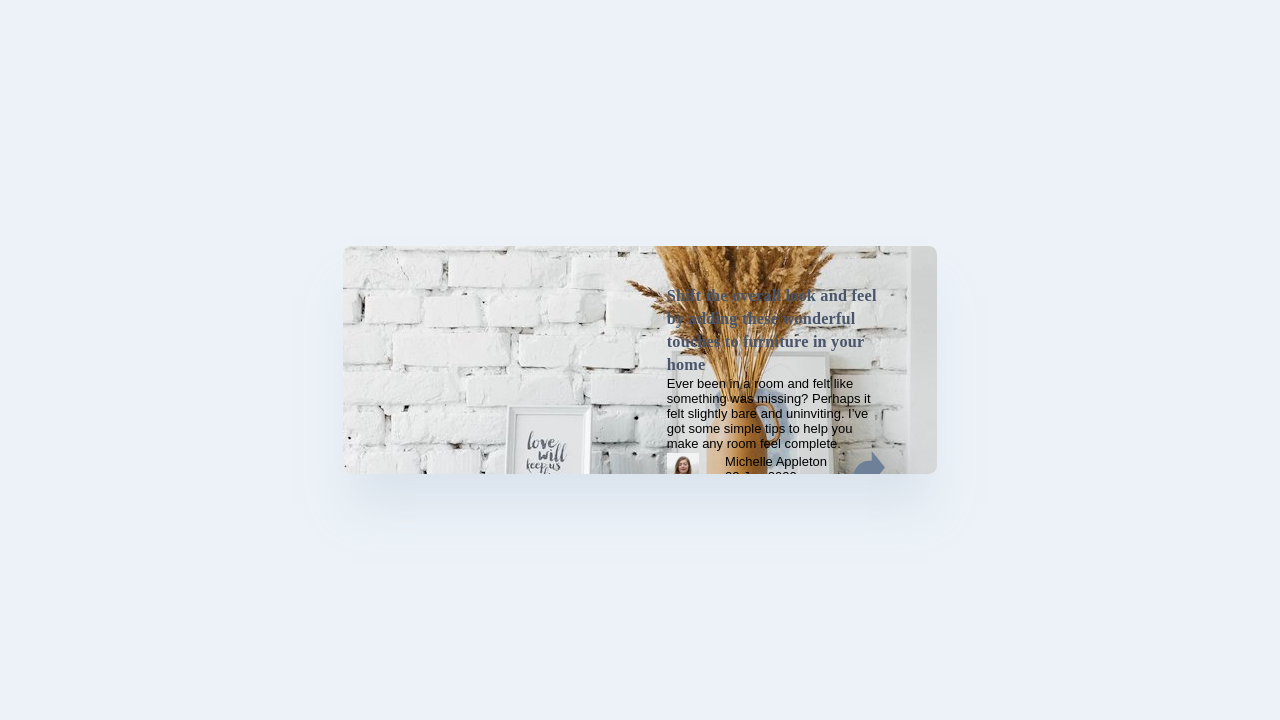
Repository: brandontaylor1/article-preview-component
Page: index.html
The author's editor kept a copy of each file at every save. The page is drawn from the files as they stood at one save, then again after the next save.
The browser window is 1280 px wide. The pictures show the whole page.

Above is the page before, as saved 2025-01-13 21:49:34.

### index.html
<!DOCTYPE html>
<html lang="en">
<head>
    <meta charset="UTF-8">
    <meta name="viewport" content="width=device-width, initial-scale=1.0">
    <link rel="stylesheet" href="styles.css">
    <title>Article Preview Component</title>
</head>
<body>

    <div class="container">
        <main class="component">
            <div class="img-container">
                <img src="./assets/images/drawers.jpg" alt="Image of Drawers">
            </div>
            <div class="component-content">
                <h2>Shift the overall look and feel by adding these wonderful touches to furniture in your home</h2>
                <p>Ever been in a room and felt like something was missing? Perhaps it felt slightly bare and uninviting. I’ve got some simple tips to help you make any room feel complete.</p>
                <div class="social-box">
                    <img src="./assets/images/avatar-michelle.jpg" alt="Picture of User Michelle">
                    <div class="social-info">
                        <p>Michelle Appleton</p>
                        <p>28 Jun 2020</p>
                    </div>
                    <div class="share-btn">
                        <img src="./assets/images/icon-share.svg" alt="Share Icon">
                    </div>
                </div>
            </div>
        </main>
    </div>

    <script src="index.js"></script>
</body>
</html>

### styles.css
* {
    margin: 0;
    padding: 0;
    box-sizing: border-box;
}

:root {
    /* COLORS */
    --dark-grayish-blue: hsl(217, 19%, 35%);
    --desaturated-dark-blue: hsl(214, 17%, 51%);
    --grayish-blue: hsl(212, 23%, 69%);
    --light-grayish-blue: hsl(210, 46%, 95%);
}

html {
    font-size: 13px;
}

body {
    font-family: 'Nunito', sans-serif;
    background-color: var(--light-grayish-blue);
}

.container {
    height: 100vh;
    display: flex;
    justify-content: center;
    align-items: center;

}

.component {
    width: 45.625rem;
    height: 17.5rem;
    flex-shrink: 0;
    display: grid;
    grid-template-columns: .75fr auto;
    grid-template-rows: 1fr;
    border-radius: 0.625rem;
    background: #FFF;
    box-shadow: 0px 40px 40px -10px rgba(201, 213, 225, 0.50);
    overflow: hidden;
}

.img-container {
    width: 21.87rem;

}


.component-content {
    width: 22.8125rem;
    padding: 3rem;
    flex-grow: 1;
}

.component-content h2 {
    color: #48556A;
    font-family: Manrope;
    font-size: 1.25rem;
    font-style: normal;
    font-weight: 700;
    line-height: 1.75rem; /* 140% */
    letter-spacing: 0.01563rem;
    width: 100%;
}

.social-box {
    display: flex;
    justify-content: space-between;
    align-items: center;
    width: 100%;
}

.social-box img {
    width: 2.5rem;
    height: 2.5rem;
}

Loaded but not shown: index.js (no stored copy; drawn as an empty file)

After the next save:
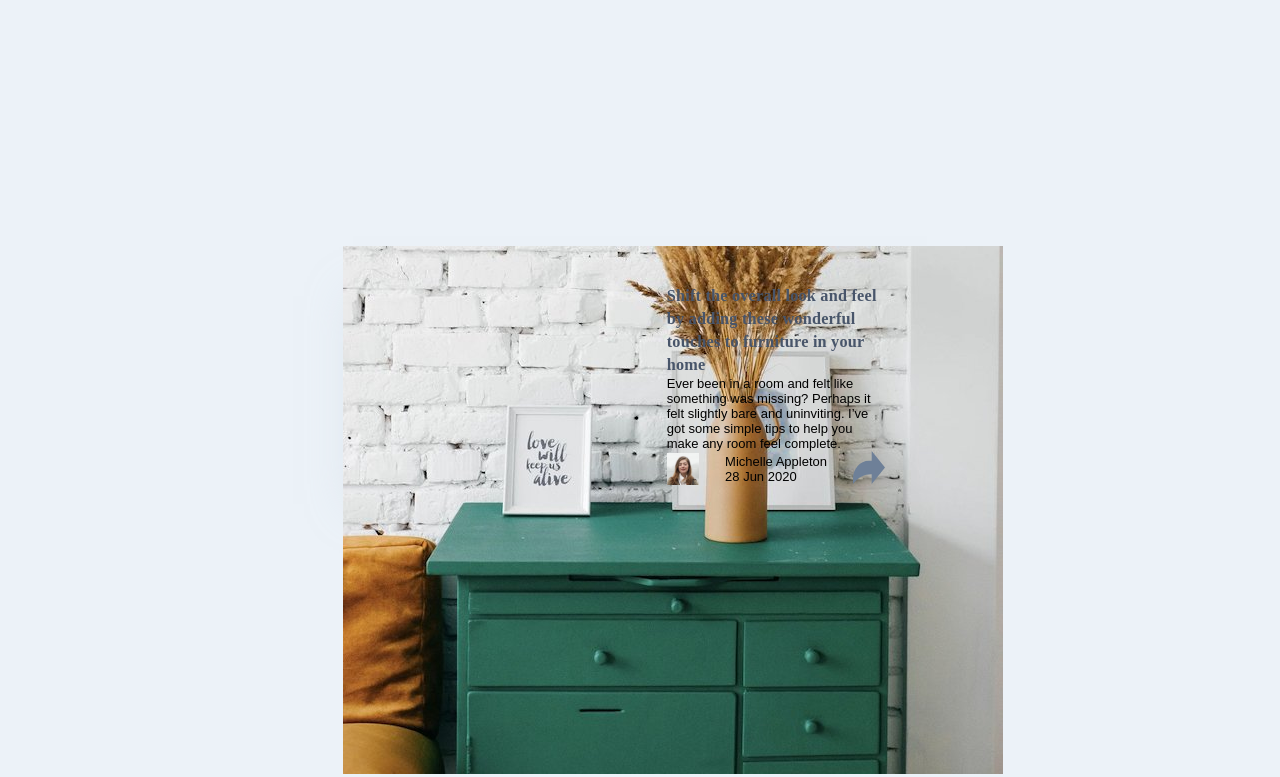
Saved 10 s later.
--- a/styles.css
+++ b/styles.css
@@ -39,7 +39,7 @@ body {
     border-radius: 0.625rem;
     background: #FFF;
     box-shadow: 0px 40px 40px -10px rgba(201, 213, 225, 0.50);
-    overflow: hidden;
+
 }
 
 .img-container {
